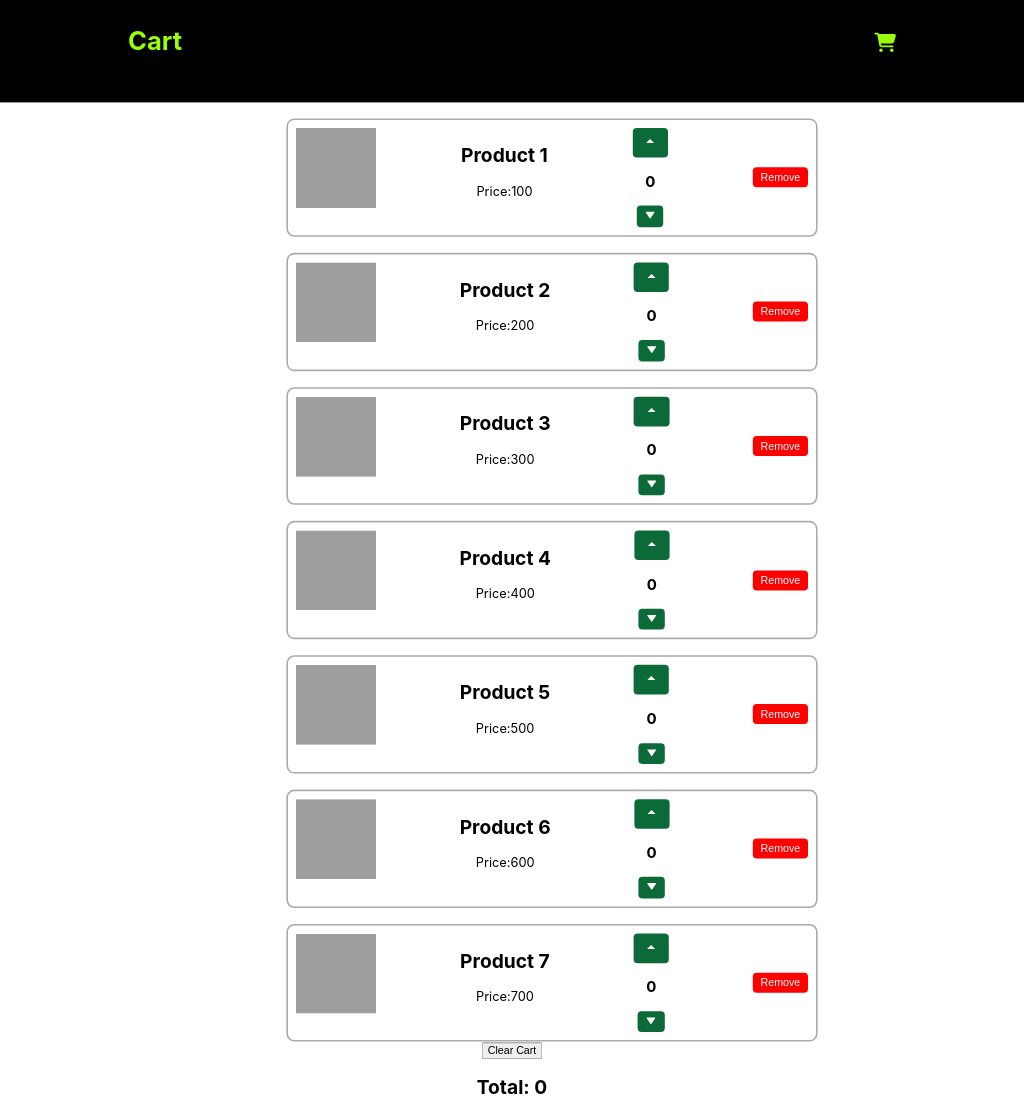
Repository: sriram1224/Cart-react-app
Page: /
An editor plug-in stored every save of this project. The page is shown before and after the next save, followed by the edit.
The browser window is 1280 px wide. The pictures show the whole page, at 80% of full size.
Pictures or frames that could not be fetched are drawn as grey boxes. The project was rebuilt for these pictures with package versions that can differ from the ones it lists, and the page was loaded fresh each time.

Above is the page before, as saved 2024-03-12 22:22:19.

### public/index.html
<!DOCTYPE html>
<html lang="en">

<head>
  <meta charset="utf-8" />
  <link rel="icon" href="%PUBLIC_URL%/favicon.ico" />
  <meta name="viewport" content="width=device-width, initial-scale=1" />
  <meta name="theme-color" content="#000000" />
  <meta name="description" content="Web site created using create-react-app">
  <link rel="stylesheet"
    href="https://fonts.googleapis.com/css2?family=Material+Symbols+Outlined:opsz,wght,FILL,GRAD@24,400,0,0" />


  <title>React App</title>
</head>

<body>
  <noscript>You need to enable JavaScript to run this app.</noscript>
  <div id="root"></div>

</body>

</html>

### src/App.js
import Nav from "./Components/Nav.js"
import './App.css';
import Cart from './Components/cart.js';
function App() {
  return (
    <div className="App">

      <Cart />
    </div>
  );
}

export default App;

### src/Components/Nav.js
import { FontAwesomeIcon } from '@fortawesome/react-fontawesome';
import { faShoppingCart } from '@fortawesome/free-solid-svg-icons';
import './Navbar.css';

function Navbar({ cartItems }) {
      console.log(cartItems);
    return (

      <div className="nav-container">
      <div className="cart">
          <div className="heading">
              <h1>
              Cart
              </h1>
          </div>
      <h1>
        <div className="cart-icon-container">
          <FontAwesomeIcon icon={faShoppingCart} className="cart-icon" />
          {cartItems > 0 && (
            <span className="cart-count">{cartItems}</span>
          )}
        </div>

      </h1>
    </div>
      </div>
  );
}

export default Navbar;

### src/Components/cart.js
import React, { useState, useEffect } from "react";
import { BiSolidUpArrow, BiSolidDownArrow } from "react-icons/bi";
import Nav from './Nav'
import './cart.css'

function Cart() {
    const [products, setProducts] = useState([
        { id: "1", name: "Product 1", price: 100, quantity: 0, image: "https://images.unsplash.com/photo-1564466809058-bf4114d55352?w=500&auto=format&fit=crop&q=60&ixlib=rb-4.0.3&ixid=M3wxMjA3fDB8MHxzZWFyY2h8MjN8fHByb2R1Y3R8ZW58MHx8MHx8fDA%3D" },
        { id: "2", name: "Product 2", price: 200, quantity: 0, image: "https://images.unsplash.com/photo-1560343090-f0409e92791a?w=500&auto=format&fit=crop&q=60&ixlib=rb-4.0.3&ixid=M3wxMjA3fDB8MHxzZWFyY2h8N3x8cHJvZHVjdHxlbnwwfHwwfHx8MA%3D%3D" },
        { id: "3", name: "Product 3", price: 300, quantity: 0, image: "https://images.unsplash.com/photo-1560343090-f0409e92791a?w=500&auto=format&fit=crop&q=60&ixlib=rb-4.0.3&ixid=M3wxMjA3fDB8MHxzZWFyY2h8N3x8cHJvZHVjdHxlbnwwfHwwfHx8MA%3D%3D" },
        { id: "4", name: "Product 4", price: 400, quantity: 0, image: "https://images.unsplash.com/photo-1542291026-7eec264c27ff?w=500&auto=format&fit=crop&q=60&ixlib=rb-4.0.3&ixid=M3wxMjA3fDB8MHxzZWFyY2h8MTF8fHByb2R1Y3R8ZW58MHx8MHx8fDA%3D" },
        { id: "5", name: "Product 5", price: 500, quantity: 0, image: "https://images.unsplash.com/photo-1553456558-aff63285bdd1?w=500&auto=format&fit=crop&q=60&ixlib=rb-4.0.3&ixid=M3wxMjA3fDB8MHxzZWFyY2h8MTJ8fHByb2R1Y3R8ZW58MHx8MHx8fDA%3D" },
        { id: "6", name: "Product 6", price: 600, quantity: 0, image: "https://images.unsplash.com/photo-1553456558-aff63285bdd1?w=500&auto=format&fit=crop&q=60&ixlib=rb-4.0.3&ixid=M3wxMjA3fDB8MHxzZWFyY2h8MTJ8fHByb2R1Y3R8ZW58MHx8MHx8fDA%3D" },
        { id: "7", name: "Product 7", price: 700, quantity: 0, image: "https://images.unsplash.com/photo-1583394838336-acd977736f90?w=500&auto=format&fit=crop&q=60&ixlib=rb-4.0.3&ixid=M3wxMjA3fDB8MHxzZWFyY2h8MTl8fHByb2R1Y3R8ZW58MHx8MHx8fDA%3D" }
    ]);

    const [total, setTotal] = useState(0);
    const [cartItems, setCartItems] = useState(0);

    useEffect(() => {
        let newCartItems = 0;
        products.forEach(product => {
            newCartItems += product.quantity;
        });
        setCartItems(newCartItems);
    }, [products]);

    const increaseQuantity = (index) => {
        const updatedProducts = [...products];
        updatedProducts[index].quantity++;
        setProducts(updatedProducts);
        updateTotal();
    };

    const decreaseQuantity = (index) => {
        const updatedProducts = [...products];
        if (updatedProducts[index].quantity > 0) {
            updatedProducts[index].quantity--;
            setProducts(updatedProducts);
            updateTotal();
        }
    };

    const updateTotal = () => {
        let newTotal = 0;
        products.forEach((product) => {
            newTotal += product.quantity * product.price;
        });
        setTotal(newTotal);
    };

    const clearCart = () => {
        setProducts([]);
        setTotal(0);
        setCartItems(0);
    };

    const removeFromCart = (index) => {
        const updatedProducts = [...products];
        updatedProducts.splice(index, 1);
        setProducts(updatedProducts);
        updateTotal();
    };

    return (
        <div>
            <Nav cartItems={cartItems} />
            <div className="">
                {products.map((product, index) => {
                    return (
                        <div className="product-container" key={index}>
                            <img src={product.image} alt={product.name} />
                            <div className="text">
                            <h2>{product.name}</h2>
                            <p>Price:{product.price}</p></div>
                            <div className="button-quantity">
                                <button onClick={() => increaseQuantity(index)}>
                                    <span class="material-symbols-outlined">
arrow_drop_up
</span>
                                </button>
                                <h3>{product.quantity}</h3>
                                <button onClick={() => decreaseQuantity(index)}>
                                    <BiSolidDownArrow />
                                </button>
                            </div>
                            <div className="rm-button">
                            <button onClick={() => removeFromCart(index)}>Remove</button>
                        </div></div>
                    );
                })}
                <button onClick={clearCart}>Clear Cart</button>
                <h2>Total: {total}</h2>
            </div>
        </div>
    );
}

export default Cart;

### src/Components/Navbar.css
.cart-icon-container {
    position: relative;
    display: inline-block;
}

.cart-icon {
    font-size: 1.5rem;
    color: rgb(152, 255, 7);

}

.cart-count {
    position: absolute;
    top: -10px;

    right: -10px;
    /* Adjust the horizontal positioning */
    background-color: red;
    color: white;
    border-radius: 50%;
    padding: 2px 6px;
    font-size: 0.8rem;
    /* Adjust the font size as needed */
}

.cart{
    display: flex;
    justify-content: space-between;
    margin: 0 10rem;
    align-items: center;
    padding-top: 10px;

}

.heading{
text-align: center;
color: rgb(152, 255, 7);
}

.nav-container{
    width: 100%;
    height: 8rem;
    background-color:rgb(0, 0, 0)
}

### src/Components/cart.css
.product-container{
    display: flex;
    gap: 20px;
    justify-content: space-between;
    width: 50%;
    position: relative;
    left: 28%;
    text-align: center;
    margin-top: 20px;
    border: 2px solid rgb(174, 170, 170);
    padding: 10px;
    border-radius: 10px;
}

.product-container img{
    width: 100px;
    height: 100px;
}
.rm-button{
    display: flex;
    align-items: center;
}
.rm-button button{

    background-color: red;
    color: white;
    border: none;
    padding: 5px 10px;
    border-radius: 5px;
    cursor: pointer;
}

.button-quantity button{
    background-color: rgb(11, 106, 56);
    color: white;
    border: none;
    padding: 5px 10px;
    border-radius: 5px;
    cursor: pointer;
}

.text{


    text-align: center;
    gap: 10px;
}
.text p{
    text-align: center;
}

Loaded but not shown: src/index.js (common file); src/index.css (common file); src/reportWebVitals.js (common file); src/App.css (common file)

After the next save:
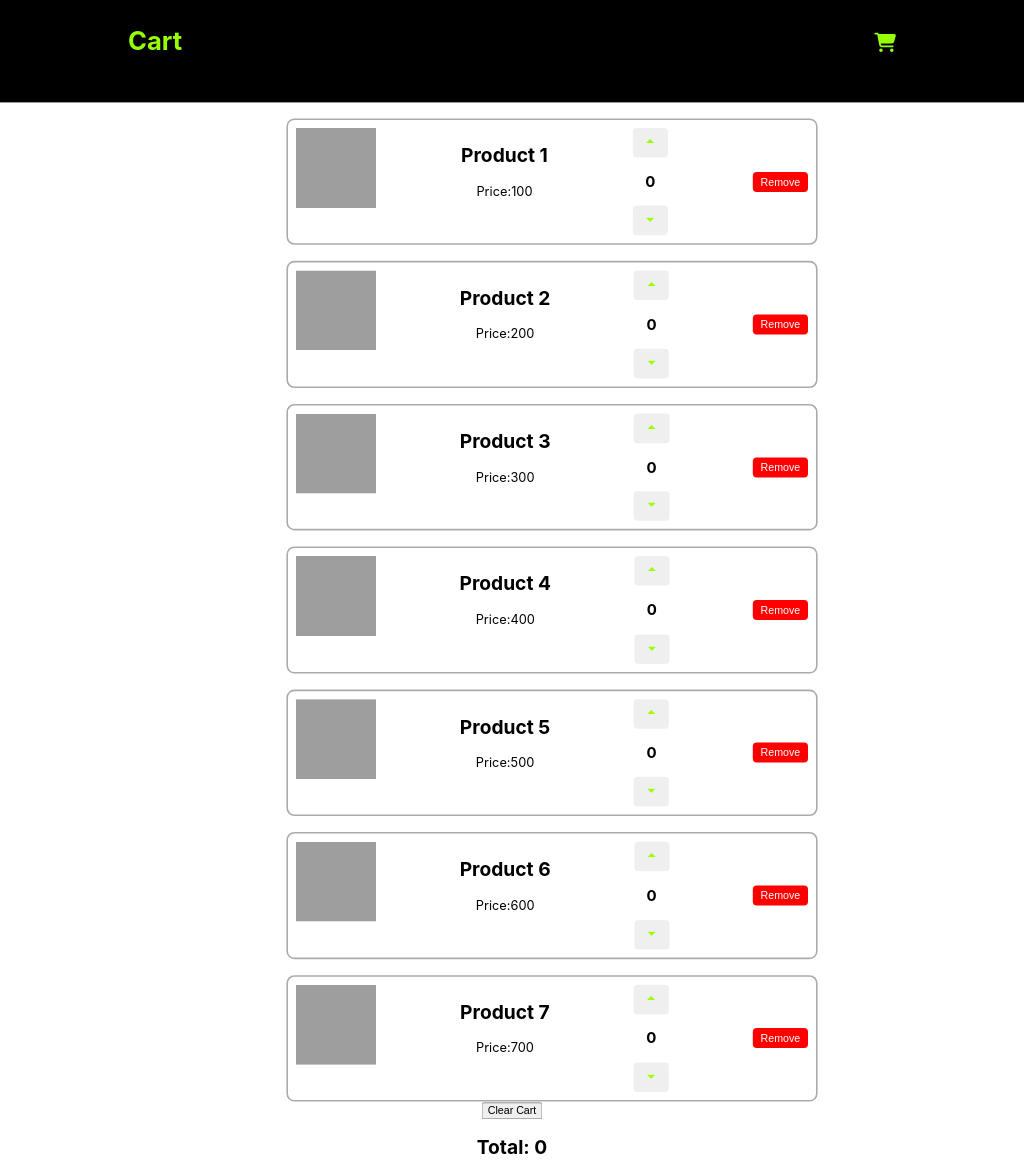
Saved 2 min 22 s later.
--- a/src/Components/cart.js
+++ b/src/Components/cart.js
@@ -81,7 +81,9 @@ arrow_drop_up
                                 </button>
                                 <h3>{product.quantity}</h3>
                                 <button onClick={() => decreaseQuantity(index)}>
-                                    <BiSolidDownArrow />
+                                    <span class="material-symbols-outlined">
+arrow_drop_down
+</span>
                                 </button>
                             </div>
                             <div className="rm-button">
--- a/src/Components/cart.css
+++ b/src/Components/cart.css
@@ -29,10 +29,12 @@
     border-radius: 5px;
     cursor: pointer;
 }
+.button-quantity span{
+    color:rgb(152, 255, 7);
+}
 
 .button-quantity button{
-    background-color: rgb(11, 106, 56);
-    color: white;
+
     border: none;
     padding: 5px 10px;
     border-radius: 5px;
